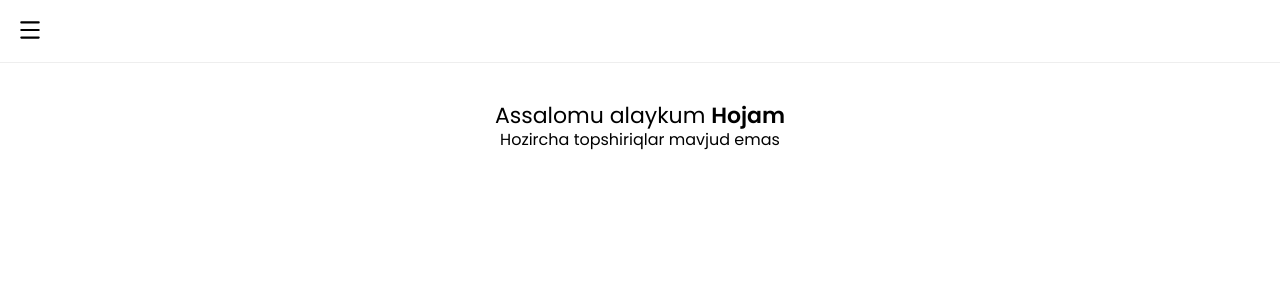
Repository: zaynobiddinovofficel-debug/KotibaAI
Page: / (app in web/)
These files come from the project's save history. The page is drawn as it stood at one moment and after the next save; the edit follows.
The browser window is 1280 px wide. The pictures show the whole page.
Some web fonts or font styles are not loaded; a fallback is used. The project was rebuilt for these pictures with package versions that can differ from the ones it lists, and the page was loaded fresh each time. Also part of the build but not shown: web/vite.config.js.

Above is the page before, as saved 2026-03-25 20:14:56.

### web/index.html
<!doctype html>
<html lang="en">
  <head>
    <meta charset="UTF-8" />
    <link rel="icon" type="image/svg+xml" href="/vite.svg" />
    <meta name="viewport" content="width=device-width, initial-scale=1.0" />
    <title>web</title>
    <link rel="preconnect" href="https://fonts.googleapis.com">
    <link rel="preconnect" href="https://fonts.gstatic.com" crossorigin>
    <link href="https://fonts.googleapis.com/css2?family=Barlow+Semi+Condensed:ital,wght@0,100;0,200;0,300;0,400;0,500;0,600;0,700;0,800;0,900;1,100;1,200;1,300;1,400;1,500;1,600;1,700;1,800;1,900&family=Big+Shoulders:opsz,wght@10..72,100..900&family=Chewy&family=Inter:ital,opsz,wght@0,14..32,100..900;1,14..32,100..900&family=Lexend+Deca:wght@100..900&family=Poppins:ital,wght@0,100;0,200;0,300;0,400;0,500;0,600;0,700;0,800;0,900;1,100;1,200;1,300;1,400;1,500;1,600;1,700;1,800;1,900&family=Roboto+Condensed:ital,wght@0,100..900;1,100..900&display=swap" rel="stylesheet">
  </head>
  <body class="font-[Poppins]">
    <div id="root"></div>
    <script type="module" src="/src/main.jsx"></script>
  </body>
</html>

### web/src/App.jsx
import { Button } from "@/components/ui/button"
import { MenuIcon } from "lucide-react"
import React from "react"
export default function App() {
  const [tasks,setTasks] = React.useState(localStorage.getItem("tasks"));
  const [username,setUsername] = React.useState(localStorage.getItem("username"));
  return (
    <>
    <div className="px-3 py-3 max-w-[1280px] w-full border-b border-b-[#0001]">
      <Button className={`w-[36px]`} variant={'ghost'}>
        <MenuIcon className="size-6.5" />
      </Button>
    </div>
    {tasks??
    <div className="px-3 py-3 max-w-[1280px] w-full flex flex-col items-center my-6 text-center">
    <span className="text-[22px]">Assalomu alaykum <b className="font-[550]">
      {username==null?"Hojam":username}
    </b></span>
    <span className="leading-none">Hozircha topshiriqlar mavjud emas</span>
    </div>}
    <div className="px-3 py-3 max-w-[1280px] w-full flex justify-center">

    </div>
    </>
  )
}

### web/src/components/ui/button.jsx
import * as React from "react"
import { Slot } from "@radix-ui/react-slot"
import { cva } from "class-variance-authority"

import { cn } from "@/lib/utils"

const buttonVariants = cva(
  "inline-flex items-center justify-center gap-2 whitespace-nowrap rounded-md text-sm font-medium transition-[color,box-shadow,transform] !duration-0 disabled:pointer-events-none disabled:opacity-50 [&_svg]:pointer-events-none [&_svg:not([class*='size-'])]:size-4 shrink-0 [&_svg]:shrink-0 outline-none focus-visible:border-ring focus-visible:ring-ring/50 focus-visible:ring-[3px] aria-invalid:ring-destructive/20 dark:aria-invalid:ring-destructive/40 aria-invalid:border-destructive active:scale-[0.98]",
  {
    variants: {
      variant: {
        default:
          "bg-primary text-primary-foreground shadow-xs hover:bg-primary/90",
        destructive:
          "bg-destructive text-white shadow-xs hover:bg-destructive/90 focus-visible:ring-destructive/20",
        outline:
          "border bg-background shadow-xs hover:bg-accent hover:text-accent-foreground",
        secondary:
          "bg-secondary text-secondary-foreground shadow-xs hover:bg-secondary/80",
        ghost: "hover:bg-accent hover:text-accent-foreground",
        link: "text-primary underline-offset-4 hover:underline",
      },
      size: {
        default: "h-9 px-4 py-2",
        sm: "h-8 rounded-md gap-1.5 px-3",
        lg: "h-10 rounded-md px-6",
        icon: "size-9",
      },
    },
    defaultVariants: {
      variant: "default",
      size: "default",
    },
  }
)

function Button({ className, variant, size, asChild = false, ...props }) {
  const Comp = asChild ? Slot : "button"

  return (
    <Comp
      data-slot="button"
      className={cn(buttonVariants({ variant, size, className }))}
      {...props}
    />
  )
}

export { Button, buttonVariants }

Loaded but not shown: web/src/main.jsx (common file); web/src/index.css (common file); web/src/lib/utils.js (common file)

After the next save:
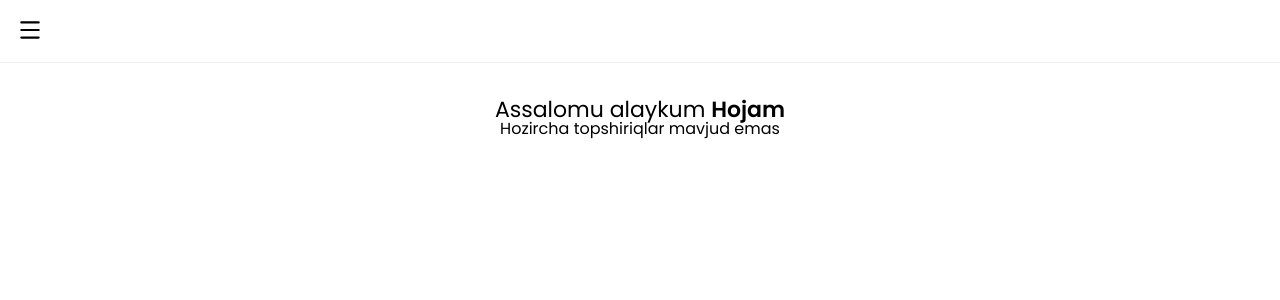
Saved 6 s later.
--- a/web/src/App.jsx
+++ b/web/src/App.jsx
@@ -13,7 +13,7 @@ export default function App() {
     </div>
     {tasks??
     <div className="px-3 py-3 max-w-[1280px] w-full flex flex-col items-center my-6 text-center">
-    <span className="text-[22px]">Assalomu alaykum <b className="font-[550]">
+    <span className="text-[22px] leading-none">Assalomu alaykum <b className="font-[550]">
       {username==null?"Hojam":username}
     </b></span>
     <span className="leading-none">Hozircha topshiriqlar mavjud emas</span>
